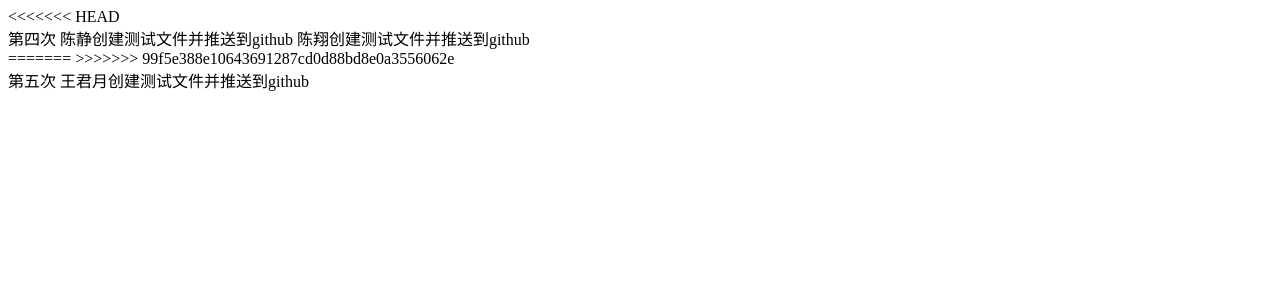
Repository: sunsan2002/myTest2.1
Page: test.html
The author's editor kept a copy of each file at every save. The page is drawn from the files as they stood at one save, then again after a run of saves.
The browser window is 1280 px wide. The pictures show the whole page.

Above is the page before, as saved 2023-02-01 17:08:37.

### test.html
<!DOCTYPE html>
<html lang="en">
<head>
  <meta charset="UTF-8">
  <meta http-equiv="X-UA-Compatible" content="IE=edge">
  <meta name="viewport" content="width=device-width, initial-scale=1.0">
  <title>Document</title>
</head>
<body>
<<<<<<< HEAD
  <div>第四次 陈静创建测试文件并推送到github 陈翔创建测试文件并推送到github</div>
=======
>>>>>>> 99f5e388e10643691287cd0d88bd8e0a3556062e
  <div>第五次 王君月创建测试文件并推送到github</div>
</body>
</html>

After the next 3 saves:
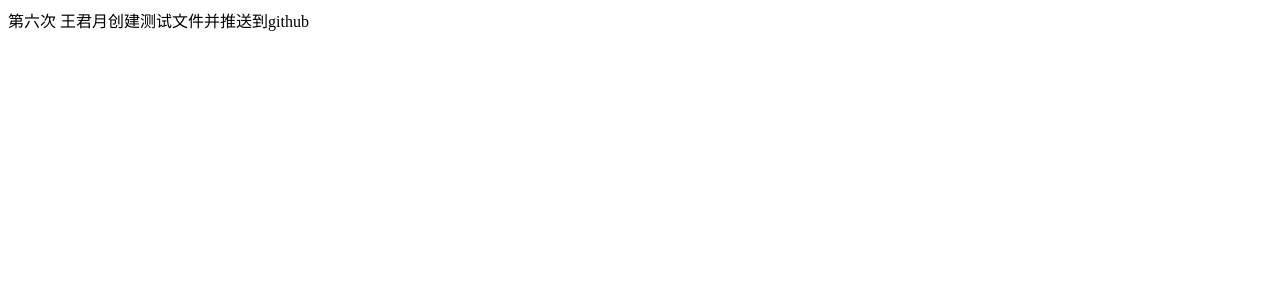
The 3 saves are shown as one change because they came seconds apart.
The last was saved 10 s later.
--- a/test.html
+++ b/test.html
@@ -7,10 +7,6 @@
   <title>Document</title>
 </head>
 <body>
-<<<<<<< HEAD
-  <div>第四次 陈静创建测试文件并推送到github 陈翔创建测试文件并推送到github</div>
-=======
->>>>>>> 99f5e388e10643691287cd0d88bd8e0a3556062e
-  <div>第五次 王君月创建测试文件并推送到github</div>
+  <div>第六次 王君月创建测试文件并推送到github</div>
 </body>
 </html>
